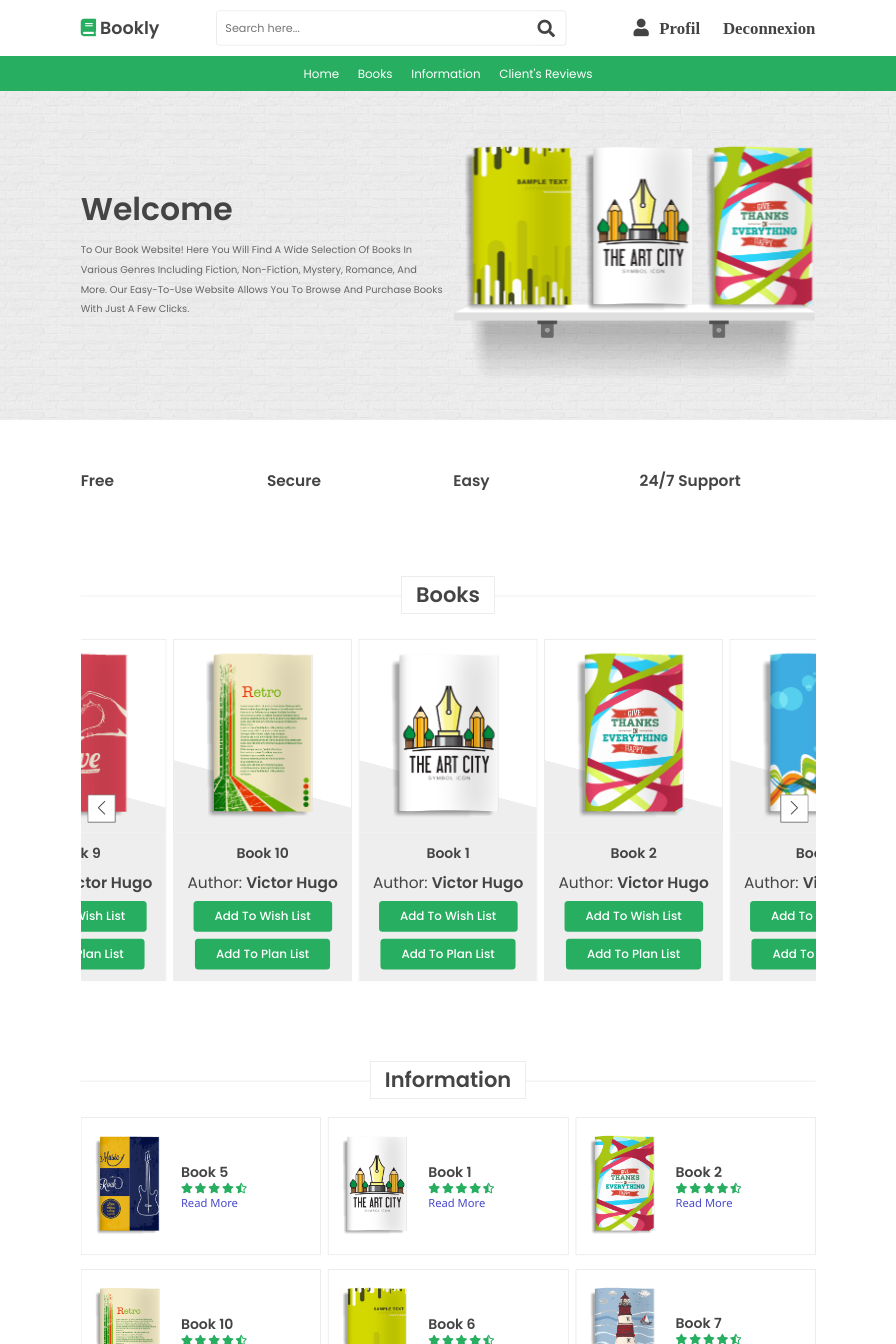
Repository: souhailaniba/Bookly
Page: public/assets/books webstie/index2.html
These files come from the project's save history. The page is drawn as it stood at one moment and after the next save; the edit follows.
The browser window is 1280 px wide. The pictures show the part of the page from y = 0 to 1920 px (the page is 3055 px tall), at 70% of full size.

Above is the page before, as saved 2023-01-27 16:27:49.

### public/assets/books webstie/index2.html
<!DOCTYPE html>
<html lang="en">
<head>
    <meta charset="UTF-8">
    <meta http-equiv="X-UA-Compatible" content="IE=edge">
    <meta name="viewport" content="width=device-width, initial-scale=1.0">
    <title>Book Website</title>

    <link rel="stylesheet" href="https://unpkg.com/swiper@7/swiper-bundle.min.css" />

    <!-- font awesome cdn link  -->
    <link rel="stylesheet" href="https://cdnjs.cloudflare.com/ajax/libs/font-awesome/5.15.4/css/all.min.css">

    <!-- custom css file link  -->
    <link rel="stylesheet" href="css/style.css">

</head>
<body>

<!-- header section starts  -->

<header class="header">

    <div class="header-1">

        <a href="#" class="logo"> <i class="fas fa-book"></i> Bookly </a>

        <form action="" class="search-form">
            <input type="search" name="" placeholder="Search here..." id="search-box">
            <label for="search-box" class="fas fa-search"></label>
        </form>

        <div class="icons">
            <div id="search-btn" class="fas fa-search"></div>
            <div id="login-btn" class="fas fa-user"><a href="./profile.html"  style="font-size:x-large;font-family: 'Times New Roman', Times, serif;">Profil</a></div>
            <div id="login-btn" class="fas "><a href="./Login.html"  style="font-size:x-large;font-family: 'Times New Roman', Times, serif;">Deconnexion</a></div>

        </div>

    </div>

    <div class="header-2">
        <nav class="navbar">
            <a href="#home">Home</a>
            <a href="#featured">Books</a>
            <a href="#arrivals">Information</a>
            <a href="#reviews">Client's Reviews</a>
        </nav>
    </div>

</header>

<!-- header section ends -->

<!-- bottom navbar  -->

<nav class="bottom-navbar">
    <a href="#home" class="fas fa-home"></a>
    <a href="#featured" class="fas fa-list"></a>
    <a href="#arrivals" class="fas fa-tags"></a>
    <a href="#reviews" class="fas fa-comments"></a>
    <a href="#blogs" class="fas fa-blog"></a>
</nav>

<!-- home section starts  -->

<section class="home" id="home">

    <div class="row">

        <div class="content">
            <h3>Welcome</h3>
            <p>To our book website! Here you will find a wide selection of books in various genres including fiction, non-fiction, mystery, romance, and more. Our easy-to-use website allows you to browse and purchase books with just a few clicks.</p>
        </div>

        <div class="swiper books-slider">
            <div class="swiper-wrapper">
                <a href="#" class="swiper-slide"><img src="image/book-1.png" alt=""></a>
                <a href="#" class="swiper-slide"><img src="image/book-2.png" alt=""></a>
                <a href="#" class="swiper-slide"><img src="image/book-3.png" alt=""></a>
                <a href="#" class="swiper-slide"><img src="image/book-4.png" alt=""></a>
                <a href="#" class="swiper-slide"><img src="image/book-5.png" alt=""></a>
                <a href="#" class="swiper-slide"><img src="image/book-6.png" alt=""></a>
            </div>
            <img src="image/stand.png" class="stand" alt="">
        </div>

    </div>

</section>

<!-- home section ense  -->

<!-- icons section starts  -->

<section class="icons-container">

    <div class="icons">
        <div class="content">
            <h3>Free</h3>
        </div>
    </div>

    <div class="icons">
        <div class="content">
            <h3>Secure</h3>
        </div>
    </div>

    <div class="icons">
        <div class="content">
            <h3>Easy</h3>
        </div>
    </div>

    <div class="icons">
        <div class="content">
            <h3>24/7 support</h3>
        </div>
    </div>

</section>

<!-- icons section ends -->

<!-- featured section starts  -->

<section class="featured" id="featured">

    <h1 class="heading"> <span>Books</span> </h1>

    <div class="swiper featured-slider">

        <div class="swiper-wrapper">

            <div class="swiper-slide box">
                <div class="image">
                    <img src="image/book-1.png" alt="">
                </div>
                <div class="content">
                    <h3>Book 1</h3>
                    <div class="price">Author: <b>Victor Hugo</b></div>
                    <a href="#" class="btn">Add to wish list</a>
                    <a href="#" class="btn">Add to plan list</a>
                </div>
            </div>

            <div class="swiper-slide box">
                <div class="image">
                    <img src="image/book-2.png" alt="">
                </div>
                <div class="content">
                    <h3>Book 2</h3>
                    <div class="price">Author: <b>Victor Hugo</b></div>
                    <a href="#" class="btn">Add to wish list</a>
                    <a href="#" class="btn">Add to plan list</a>
                </div>
            </div>

            <div class="swiper-slide box">
                <div class="image">
                    <img src="image/book-3.png" alt="">
                </div>
                <div class="content">
                    <h3>Book 3</h3>
                    <div class="price">Author: <b>Victor Hugo</b></div>
                    <a href="#" class="btn">Add to wish list</a>
                    <a href="#" class="btn">Add to plan list</a>
                </div>
            </div>

            <div class="swiper-slide box">
                <div class="image">
                    <img src="image/book-4.png" alt="">
                </div>
                <div class="content">
                    <h3>Book 4</h3>
                    <div class="price">Author: <b>Victor Hugo</b></div>
                    <a href="#" class="btn">Add to wish list</a>
                    <a href="#" class="btn">Add to plan list</a>
                </div>
            </div>

            <div class="swiper-slide box">
                <div class="image">
                    <img src="image/book-5.png" alt="">
                </div>
                <div class="content">
                    <h3>Book 5</h3>
                    <div class="price">Author: <b>Victor Hugo</b></div>
                    <a href="#" class="btn">Add to wish list</a>
                    <a href="#" class="btn">Add to plan list</a>
                </div>
            </div>

            <div class="swiper-slide box">
                <div class="image">
                    <img src="image/book-6.png" alt="">
                </div>
                <div class="content">
                    <h3>Book 6</h3>
                    <div class="price">Author: <b>Victor Hugo</b></div>
                    <a href="#" class="btn">Add to wish list</a>
                    <a href="#" class="btn">Add to plan list</a>
                </div>
            </div>

            <div class="swiper-slide box">
                <div class="image">
                    <img src="image/book-7.png" alt="">
                </div>
                <div class="content">
                    <h3>Book 7</h3>
                    <div class="price">Author: <b>Victor Hugo</b></div>
                    <a href="#" class="btn">Add to wish list</a>
                    <a href="#" class="btn">Add to plan list</a>
                </div>
            </div>

            <div class="swiper-slide box">
                <div class="image">
                    <img src="image/book-8.png" alt="">
                </div>
                <div class="content">
                    <h3>Book 8</h3>
                    <div class="price">Author: <b>Victor Hugo</b></div>
                    <a href="#" class="btn">Add to wish list</a>
                    <a href="#" class="btn">Add to plan list</a>
                </div>
            </div>

            <div class="swiper-slide box">
                <div class="image">
                    <img src="image/book-9.png" alt="">
                </div>
                <div class="content">
                    <h3>Book 9</h3>
                    <div class="price">Author: <b>Victor Hugo</b></div>
                    <a href="#" class="btn">Add to wish list</a>
                    <a href="#" class="btn">Add to plan list</a>
                </div>
            </div>

            <div class="swiper-slide box">
                <div class="image">
                    <img src="image/book-10.png" alt="">
                </div>
                <div class="content">
                    <h3>Book 10</h3>
                    <div class="price">Author: <b>Victor Hugo</b></div>
                    <a href="#" class="btn">Add to wish list</a>
                    <a href="#" class="btn">Add to plan list</a>
                </div>
            </div>

        </div>

        <div class="swiper-button-next"></div>
        <div class="swiper-button-prev"></div>

    </div>

</section>

<!-- featured section ends -->


<!-- arrivals section starts  -->

<section class="arrivals" id="arrivals">

    <h1 class="heading"> <span>Information</span> </h1>

    <div class="swiper arrivals-slider">

        <div class="swiper-wrapper">

            <div class="swiper-slide box">
                <div class="image">
                    <img src="image/book-1.png" alt="">
                </div>
                <div class="content">
                    <h3>Book 1</h3>
                    <div class="stars">
                        <i class="fas fa-star"></i>
                        <i class="fas fa-star"></i>
                        <i class="fas fa-star"></i>
                        <i class="fas fa-star"></i>
                        <i class="fas fa-star-half-alt"></i>
                    </div>
                    <div style="font-size: medium;font-family:'Segoe UI', Tahoma, Geneva, Verdana, sans-serif;color: rgb(72, 72, 204);">Read More</div>
                </div>
            </div>

            <div class="swiper-slide box">
                <div class="image">
                    <img src="image/book-2.png" alt="">
                </div>
                <div class="content">
                    <h3>Book 2</h3>
                    <div class="stars">
                        <i class="fas fa-star"></i>
                        <i class="fas fa-star"></i>
                        <i class="fas fa-star"></i>
                        <i class="fas fa-star"></i>
                        <i class="fas fa-star-half-alt"></i>
                    </div>
                    <div style="font-size: medium;font-family:'Segoe UI', Tahoma, Geneva, Verdana, sans-serif;color: rgb(72, 72, 204);">Read More</div>
                </div>
            </div>

            <div class="swiper-slide box">
                <div class="image">
                    <img src="image/book-3.png" alt="">
                </div>
                <div class="content">
                    <h3>Book 3</h3>
                    <div class="stars">
                        <i class="fas fa-star"></i>
                        <i class="fas fa-star"></i>
                        <i class="fas fa-star"></i>
                        <i class="fas fa-star"></i>
                        <i class="fas fa-star-half-alt"></i>
                    </div>
                    <div style="font-size: medium;font-family:'Segoe UI', Tahoma, Geneva, Verdana, sans-serif;color: rgb(72, 72, 204);">Read More</div>
                </div>
            </div>

            <div class="swiper-slide box">
                <div class="image">
                    <img src="image/book-4.png" alt="">
                </div>
                <div class="content">
                    <h3>Book 4</h3>
                    <div class="stars">
                        <i class="fas fa-star"></i>
                        <i class="fas fa-star"></i>
                        <i class="fas fa-star"></i>
                        <i class="fas fa-star"></i>
                        <i class="fas fa-star-half-alt"></i>
                    </div>
                    <div style="font-size: medium;font-family:'Segoe UI', Tahoma, Geneva, Verdana, sans-serif;color: rgb(72, 72, 204);">Read More</div>
                </div>
            </div>

            <div class="swiper-slide box">
                <div class="image">
                    <img src="image/book-5.png" alt="">
                </div>
                <div class="content">
                    <h3>Book 5</h3>
                    <div class="stars">
                        <i class="fas fa-star"></i>
                        <i class="fas fa-star"></i>
                        <i class="fas fa-star"></i>
                        <i class="fas fa-star"></i>
                        <i class="fas fa-star-half-alt"></i>
                    </div>
                    <div style="font-size: medium;font-family:'Segoe UI', Tahoma, Geneva, Verdana, sans-serif;color: rgb(72, 72, 204);">Read More</div>
                </div>
            </div>

        </div>

    </div>

    <div class="swiper arrivals-slider">

        <div class="swiper-wrapper">

            <div class="swiper-slide box">
                <div class="image">
                    <img src="image/book-6.png" alt="">
                </div>
                <div class="content">
                    <h3>Book 6</h3>
                    <div class="stars">
                        <i class="fas fa-star"></i>
                        <i class="fas fa-star"></i>
                        <i class="fas fa-star"></i>
                        <i class="fas fa-star"></i>
                        <i class="fas fa-star-half-alt"></i>
                    </div>
                    <div style="font-size: medium;font-family:'Segoe UI', Tahoma, Geneva, Verdana, sans-serif;color: rgb(72, 72, 204);">Read More</div>
                </div>
            </div>

            <div class="swiper-slide box">
                <div class="image">
                    <img src="image/book-7.png" alt="">
                </div>
                <div class="content">
                    <h3>Book 7</h3>
                    <div class="stars">
                        <i class="fas fa-star"></i>
                        <i class="fas fa-star"></i>
                        <i class="fas fa-star"></i>
                        <i class="fas fa-star"></i>
                        <i class="fas fa-star-half-alt"></i>
                    </div>
                    <div style="font-size: medium;font-family:'Segoe UI', Tahoma, Geneva, Verdana, sans-serif;color: rgb(72, 72, 204);">
                        <a href="ReadBook.html">Read More</a>
                    </div>
                </div>
            </div>

            <div class="swiper-slide box">
                <div class="image">
                    <img src="image/book-8.png" alt="">
                </div>
                <div class="content">
                    <h3>Book 8</h3>
                    <div class="stars">
                        <i class="fas fa-star"></i>
                        <i class="fas fa-star"></i>
                        <i class="fas fa-star"></i>
                        <i class="fas fa-star"></i>
                        <i class="fas fa-star-half-alt"></i>
                    </div>
                    <div style="font-size: medium;font-family:'Segoe UI', Tahoma, Geneva, Verdana, sans-serif;color: rgb(72, 72, 204);">Read More</div>
                </div>
            </div>

            <div class="swiper-slide box">
                <div class="image">
                    <img src="image/book-9.png" alt="">
                </div>
                <div class="content">
                    <h3>Book 9</h3>
                    <div class="stars">
                        <i class="fas fa-star"></i>
                        <i class="fas fa-star"></i>
                        <i class="fas fa-star"></i>
                        <i class="fas fa-star"></i>
                        <i class="fas fa-star-half-alt"></i>
                    </div>
                    <div style="font-size: medium;font-family:'Segoe UI', Tahoma, Geneva, Verdana, sans-serif;color: rgb(72, 72, 204);">Read More</div>
                </div>
            </div>

            <div class="swiper-slide box">
                <div class="image">
                    <img src="image/book-10.png" alt="">
                </div>
                <div class="content">
                    <h3>Book 10</h3>
                    <div class="stars">
                        <i class="fas fa-star"></i>
                        <i class="fas fa-star"></i>
                        <i class="fas fa-star"></i>
                        <i class="fas fa-star"></i>
                        <i class="fas fa-star-half-alt"></i>
                    </div>
                    <div style="font-size: medium;font-family:'Segoe UI', Tahoma, Geneva, Verdana, sans-serif;color: rgb(72, 72, 204);">Read More</div>
                </div>
            </div>

        </div>

    </div>

</section>

<!-- arrivals section ends -->


<!-- reviews section starts  -->

<section class="reviews" id="reviews">

    <h1 class="heading"> <span>Client's reviews</span> </h1>

    <div class="swiper reviews-slider">

        <div class="swiper-wrapper">

            <div class="swiper-slide box">
                <img src="image/pic-1.png" alt="">
                <h3>john deo</h3>
                <p>Lorem ipsum dolor, sit amet consectetur adipisicing elit. Aspernatur nihil ipsa placeat. Aperiam at sint, eos ex similique facere hic.</p>
                <div class="stars">
                    <i class="fas fa-star"></i>
                    <i class="fas fa-star"></i>
                    <i class="fas fa-star"></i>
                    <i class="fas fa-star"></i>
                    <i class="fas fa-star-half-alt"></i>
                </div>
            </div>

            <div class="swiper-slide box">
                <img src="image/pic-2.png" alt="">
                <h3>john deo</h3>
                <p>Lorem ipsum dolor, sit amet consectetur adipisicing elit. Aspernatur nihil ipsa placeat. Aperiam at sint, eos ex similique facere hic.</p>
                <div class="stars">
                    <i class="fas fa-star"></i>
                    <i class="fas fa-star"></i>
                    <i class="fas fa-star"></i>
                    <i class="fas fa-star"></i>
                    <i class="fas fa-star-half-alt"></i>
                </div>
            </div>

            <div class="swiper-slide box">
                <img src="image/pic-3.png" alt="">
                <h3>john deo</h3>
                <p>Lorem ipsum dolor, sit amet consectetur adipisicing elit. Aspernatur nihil ipsa placeat. Aperiam at sint, eos ex similique facere hic.</p>
                <div class="stars">
                    <i class="fas fa-star"></i>
                    <i class="fas fa-star"></i>
                    <i class="fas fa-star"></i>
                    <i class="fas fa-star"></i>
                    <i class="fas fa-star-half-alt"></i>
                </div>
            </div>
            <div class="swiper-slide box">
                <img src="image/pic-4.png" alt="">
                <h3>john deo</h3>
                <p>Lorem ipsum dolor, sit amet consectetur adipisicing elit. Aspernatur nihil ipsa placeat. Aperiam at sint, eos ex similique facere hic.</p>
                <div class="stars">
                    <i class="fas fa-star"></i>
                    <i class="fas fa-star"></i>
                    <i class="fas fa-star"></i>
                    <i class="fas fa-star"></i>
                    <i class="fas fa-star-half-alt"></i>
                </div>
            </div>

            <div class="swiper-slide box">
                <img src="image/pic-5.png" alt="">
                <h3>john deo</h3>
                <p>Lorem ipsum dolor, sit amet consectetur adipisicing elit. Aspernatur nihil ipsa placeat. Aperiam at sint, eos ex similique facere hic.</p>
                <div class="stars">
                    <i class="fas fa-star"></i>
                    <i class="fas fa-star"></i>
                    <i class="fas fa-star"></i>
                    <i class="fas fa-star"></i>
                    <i class="fas fa-star-half-alt"></i>
                </div>
            </div>

            <div class="swiper-slide box">
                <img src="image/pic-6.png" alt="">
                <h3>john deo</h3>
                <p>Lorem ipsum dolor, sit amet consectetur adipisicing elit. Aspernatur nihil ipsa placeat. Aperiam at sint, eos ex similique facere hic.</p>
                <div class="stars">
                    <i class="fas fa-star"></i>
                    <i class="fas fa-star"></i>
                    <i class="fas fa-star"></i>
                    <i class="fas fa-star"></i>
                    <i class="fas fa-star-half-alt"></i>
                </div>
            </div>

        </div>

    </div>

</section>

<!-- reviews section ends -->


<!-- footer section starts  -->

<section class="footer">

    <div class="box-container">

        <div class="box">
            <h3>our locations</h3>
            <a href="#"> <i class="fas fa-map-marker-alt"></i> Casablanca Sidi Othman </a>
        </div>

        <div class="box">
            <h3>quick links</h3>
            <a href="#"> <i class="fas fa-arrow-right"></i> home </a>
            <a href="#"> <i class="fas fa-arrow-right"></i> books </a>
            <a href="#"> <i class="fas fa-arrow-right"></i> client'reviews </a>
            <a href="#"> <i class="fas fa-arrow-right"></i> information </a>
        </div>

        <div class="box">
            <h3>contact info</h3>
            <a href="#"> <i class="fas fa-phone"></i> 060000000 </a>
            <a href="#"> <i class="fas fa-envelope"></i> EnsamCasa@gmail.com </a>
        </div>

    </div>

    <div class="share">
        <a href="#" class="fab fa-facebook-f"></a>
        <a href="#" class="fab fa-twitter"></a>
        <a href="#" class="fab fa-instagram"></a>
        <a href="#" class="fab fa-linkedin"></a>
    </div>

    <div class="credit"> Created by <span>SAKINI Oussama | ANIBA Souhail | BELHIAK Salah-Eddine</span></div>

</section>

<!-- footer section ends -->

<!-- loader  -->

<div class="loader-container">
    <img src="image/loader-img.gif" alt="">
</div>




<script src="https://unpkg.com/swiper@7/swiper-bundle.min.js"></script>

<!-- custom js file link  -->
<script src="js/script.js"></script>

</body>
</html>

Loaded but not shown: public/assets/books webstie/js/script.js (151 lines, source omitted); public/assets/books webstie/css/style.css (820 lines, source omitted)

After the next save:
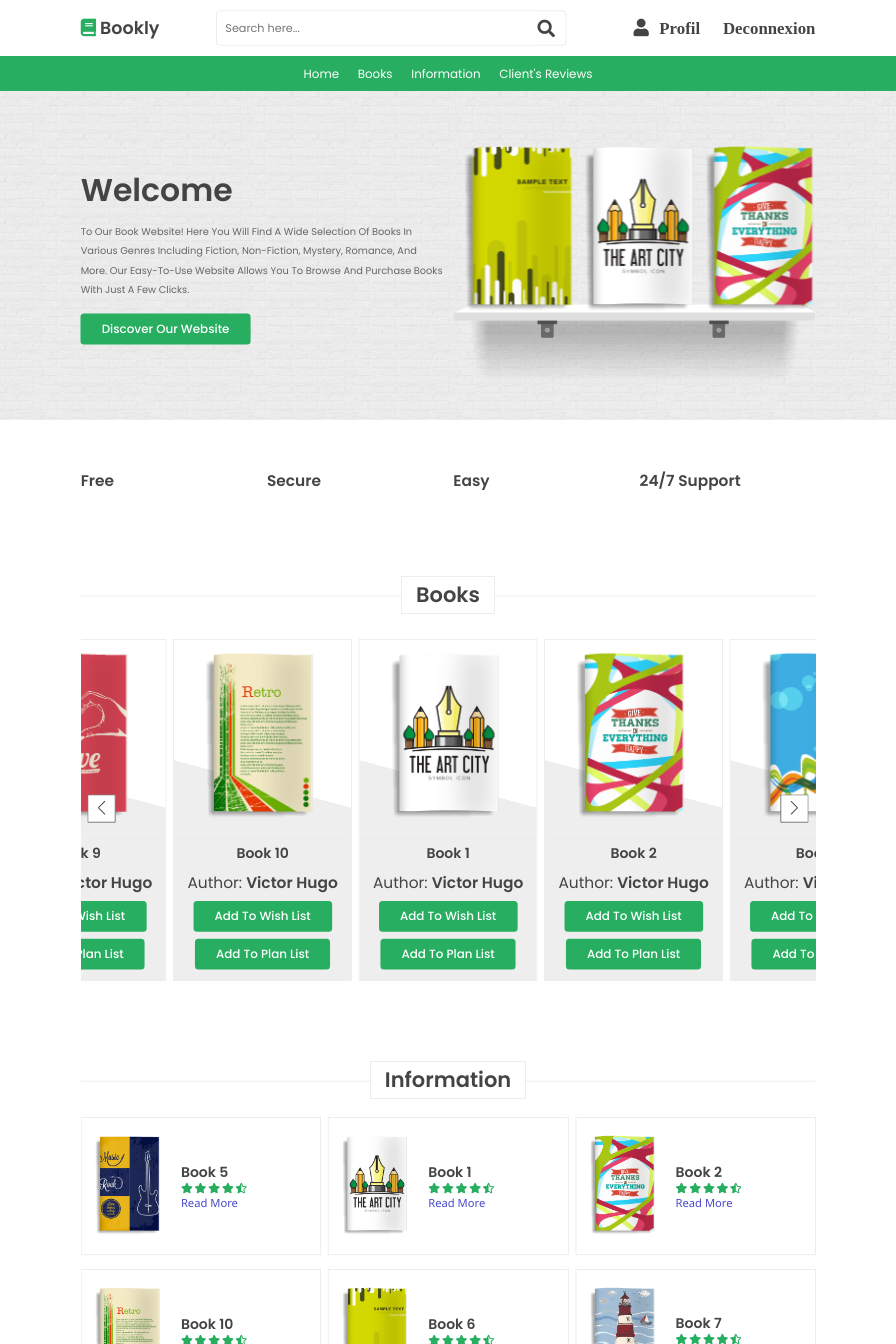
Saved 14 s later.
--- a/public/assets/books webstie/index2.html
+++ b/public/assets/books webstie/index2.html
@@ -71,6 +71,7 @@
         <div class="content">
             <h3>Welcome</h3>
             <p>To our book website! Here you will find a wide selection of books in various genres including fiction, non-fiction, mystery, romance, and more. Our easy-to-use website allows you to browse and purchase books with just a few clicks.</p>
+            <a href="#" class="btn">Discover Our Website</a>
         </div>
 
         <div class="swiper books-slider">
